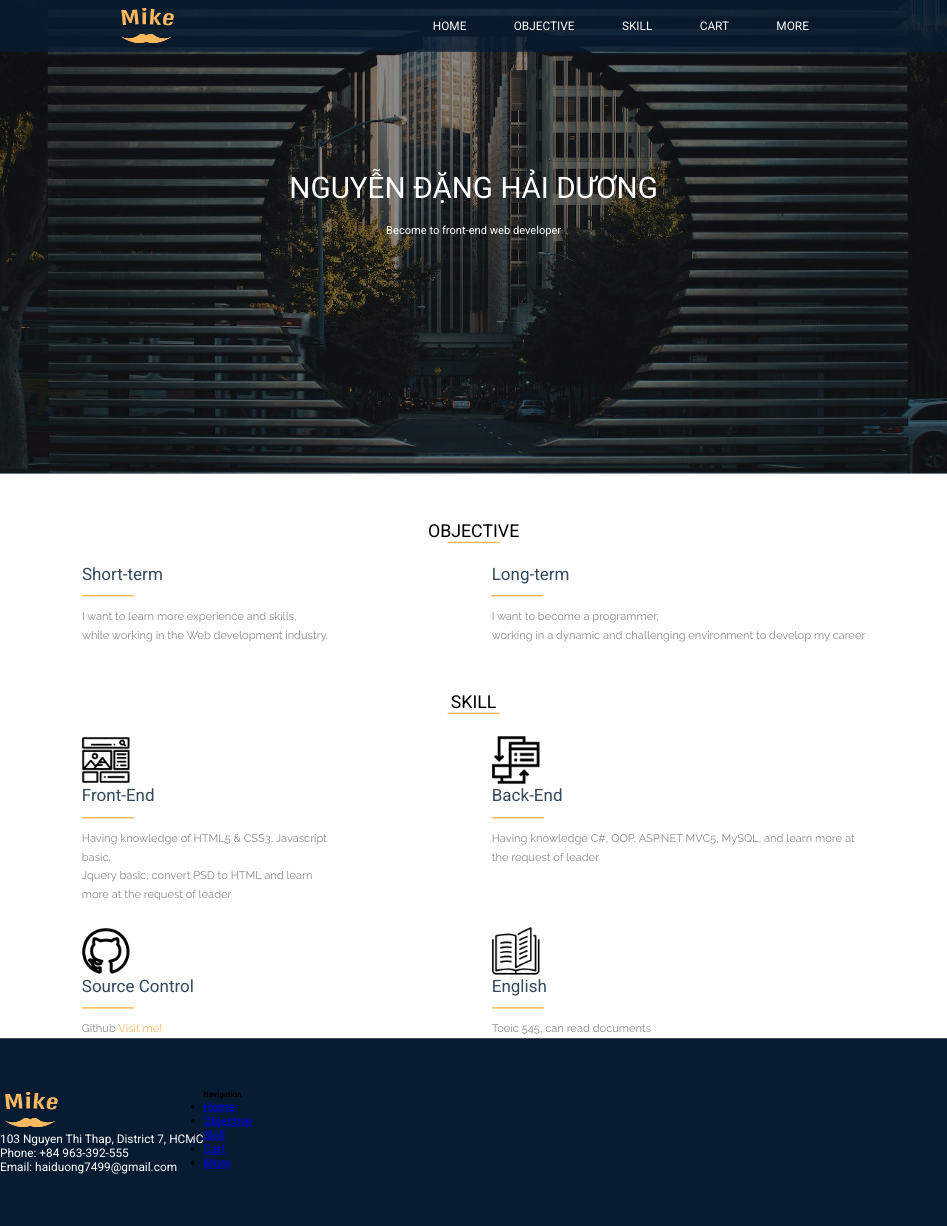
Repository: haiduong7499/Personal-Profile
Page: index.html
The author's editor kept a copy of each file at every save. The page is drawn from the files as they stood at one save, then again after the next save.
The browser window is 1280 px wide. The pictures show the whole page, at 74% of full size.

Above is the page before, as saved 2021-03-02 12:59:28.

### index.html
<!DOCTYPE html>
<html lang="en">
<head>
    <meta charset="UTF-8">
    <meta http-equiv="X-UA-Compatible" content="IE=edge">
    <meta name="viewport" content="width=device-width, initial-scale=1.0">
    <link rel="stylesheet" href="style/style.css">
    <link rel="stylesheet" href="style/base.css">
    <link rel="preconnect" href="https://fonts.gstatic.com">
    <link rel="preconnect" href="https://fonts.gstatic.com">
    <link rel="preconnect" href="https://fonts.gstatic.com">
    <link href="https://fonts.googleapis.com/css2?family=Raleway&family=Roboto:wght@400;700&display=swap" rel="stylesheet">
    <title>Project</title>
</head>
<body>
    <div id="header">
        <img class="logo-img" src="./asset/5c0eefeb-053e-4086-8d42-7e5a35580c82_200x200.png" alt="">
            <ul id="navbar">

                <li><a href="#">Home</a></li>
                <li><a href="#">Objective</a></li>
                <li><a href="#">Skill</a></li>
                <li><a href="#">Cart</a></li>
                <li><a href="#">More</a></li>
            </ul>
    </div>

    <div id="parallax">
        <div class="content-container">
            <h2 class="content-heading">Nguyễn Đặng Hải Dương</h2>
            <p class="content-text">Become to front-end web developer</p>
        </div>
    </div>


    <div id="objective">
        <div class='objective-heading'>
            <h2>
                Objective
                <hr>
            </h2>
        </div>

        <div class='objective-content'>
            <div class="term">
                <h4>Short-term
                    <hr>
                </h4>

                <p>
                    I want to learn more experience and skills,<br>
                    while working in the Web development industry.
                </p>
            </div>
            <div class="term">
                <h4>Long-term
                    <hr>
                </h4>

                <p>
                    I want to become a programmer,<br>
                    working in a dynamic and challenging environment to develop my career
                </p>
            </div>
        </div>
    </div>

    <div id="skills">
        <div class="skills-heading">
            <h2>
                Skill
                <hr>
            </h2>
        </div>

        <div class="skill-content">
            <div class="hard-skill">

                <div class="skill-left skill-front-end">

                    <img src="asset/web-design.png">
                    <h4 class="skills-title">Front-End <hr></h4>
                    <p class="skills-description">Having knowledge of HTML5 & CSS3, Javascript basic,<br> Jquery basic, convert PSD to HTML and learn more at the request of leader</p>
                </div>

                <div class="skill-right skill-back-end">
                    <img src="asset/backend.png">
                    <h4 class="skills-title">Back-End <hr></h4>
                    <p class="skills-description">Having knowledge C#, OOP, ASP.NET MVC5, MySQL, and learn more at the request of leader</p>
                </div>
            </div>

            <div class="soft-skill">

                <div class="skill-left skills-source-control">
                    <img src="asset/github.png">
                    <h4 class="skills-title">Source Control <hr></h4>
                    <p class="skills-description">Github <a href="https://github.com/haiduong7499">Visit me!</a></p>
                </div>

                <div class="skill-right skills-english">
                    <img src="asset/open-book.png">
                    <h4 class="skills-title">English <hr></h4>
                    <p class="skills-description">Toeic 545, can read documents</p>
                </div>

            </div>
        </div>

    </div>

    <div id="bottom">
        <div class="bottom-container">
            <div class="contact-container">
                <a href="#">
                    <img class="logo-img"src="./asset/5c0eefeb-053e-4086-8d42-7e5a35580c82_200x200.png" alt="">
                </a>
                <div class="contact-address">
                    <p>
                        103 Nguyen Thi Thap, District 7, HCMC
                    </p>
                </div>
                <div class="contact-info">
                    <dl>
                        <dt>Phone:</dt>
                        <dd>+84 963-392-555</dd><br>
                        <dt>Email:</dt>
                        <dd>haiduong7499@gmail.com</dd>
                    </dl>
                </div>
            </div>
            <div>
                <h6>Navigation</h6>
                <ul class="bottom-nav">
                    <li><a href="#">Home</a></li>
                    <li><a href="#">Objective</a></li>
                    <li><a href="#">Skill</a></li>
                    <li><a href="#">Cart</a></li>
                    <li><a href="#">More</a></li>
                </ul>
            </div>
            <div></div>
        </div>
    </div>
<script src="main.js"></script>
</body>
</html>

### style/style.css
*{
    padding: 0;
    margin: 0;
    box-sizing: border-box;
}
html{
    font-family: 'Roboto', sans-serif;
}
/* Header */
#header {
    display:flex;
    justify-content: space-around;
    height:70px;
    background: rgba(7, 28, 51, 0.8);
    position: fixed;
    top: 0;
    left: 0;
    right: 0;
    z-index: 1;
}
#header img {
    margin: 8px 0;
}
.logo-img{
    width: 84px;
    height: 53px;
}


#navbar li {
    list-style: none;
    line-height: 70px;
    display:inline-block;
}

#navbar li a{
    display: inline-block;
    padding: 0 30px;
    line-height: 70px;
    text-decoration: none;
    color: #fff;
    text-transform: uppercase;
}
#navbar li:hover a{
    color: #fcb85d;
}

#parallax{
    position: relative;
    padding-top:50%;
    background: url(../asset/home-parallax.jpg) top / cover no-repeat;
}
#parallax .content-container{
    position: absolute;
    bottom: 50%;
    width: 100%;
    text-align: center;
    color: #fff;
}
#parallax .content-heading{
    margin-bottom: 25px;
    font-weight: 500;
    font-size: 40px;
    text-transform: uppercase;
}

#parallax .content-text{
    font-size: 15px;
}
#skills,
#objective{
    width: 100%;
}

#skills .skills-heading,
#objective .objective-heading{
    padding-top: 5%;
    text-align: center;
}

#skills .skills-heading>h2,
#objective .objective-heading>h2{
    position: relative;
    font-size: 24px;
    font-weight: 500;
    text-transform: uppercase;
}


h2>hr{
    position: absolute;
    left: 50%;
    transform: translateX(-50%);
    width:70px;
    height: 2px;
    border: none;
    background-color: #fcb85d
}

#objective .objective-content{
    display: flex;
    justify-content: space-around;
    padding-top: 2.5%;
}

h4>hr{
    width: 70px;
    margin: 15px 0;
    height: 2px;
    border: none;
    background-color: #fcb85d
}
.skills-title,
#objective .term>h4{
    text-align: left;
    color: #34495e;
    font-size: 23px;
    font-family: inherit;
    font-weight: 500;
    line-height: 1.1;
}

.skills-description,
#objective .term>p{
    text-align: left;
    font-size:15px;
    font-weight: 400;
    line-height: calc(5/3);
    color: #888a8c;
    font-family: 'Raleway', sans-serif;
}
.soft-skill,
.hard-skill{
    display: flex;
    justify-content: space-around;
    padding-top: 2.5%;
}

.skill-left{
    width: 333px;
}

.skill-right{
    width:505px;
}

.skills-source-control .skills-description>a{
    text-decoration: none;
    color: #fcb85d;
}

#bottom{
    background:#071c33;
    bottom:0;
}
.bottom-container{
    padding: 70px 0;
    display:flex;
}
.contact-container,dt,dd{
    display: inline-block;
    color: #fff;
}

### main.js
const paralax = document.querySelector("#parallax");

window.addEventListener("scroll", function() {
    let offset = window.pageYOffset;
    parallax.style.backgroundPositionY = offset*1 + "px"
})

Loaded but not shown: style/base.css (no stored copy; drawn as an empty file)

After the next save:
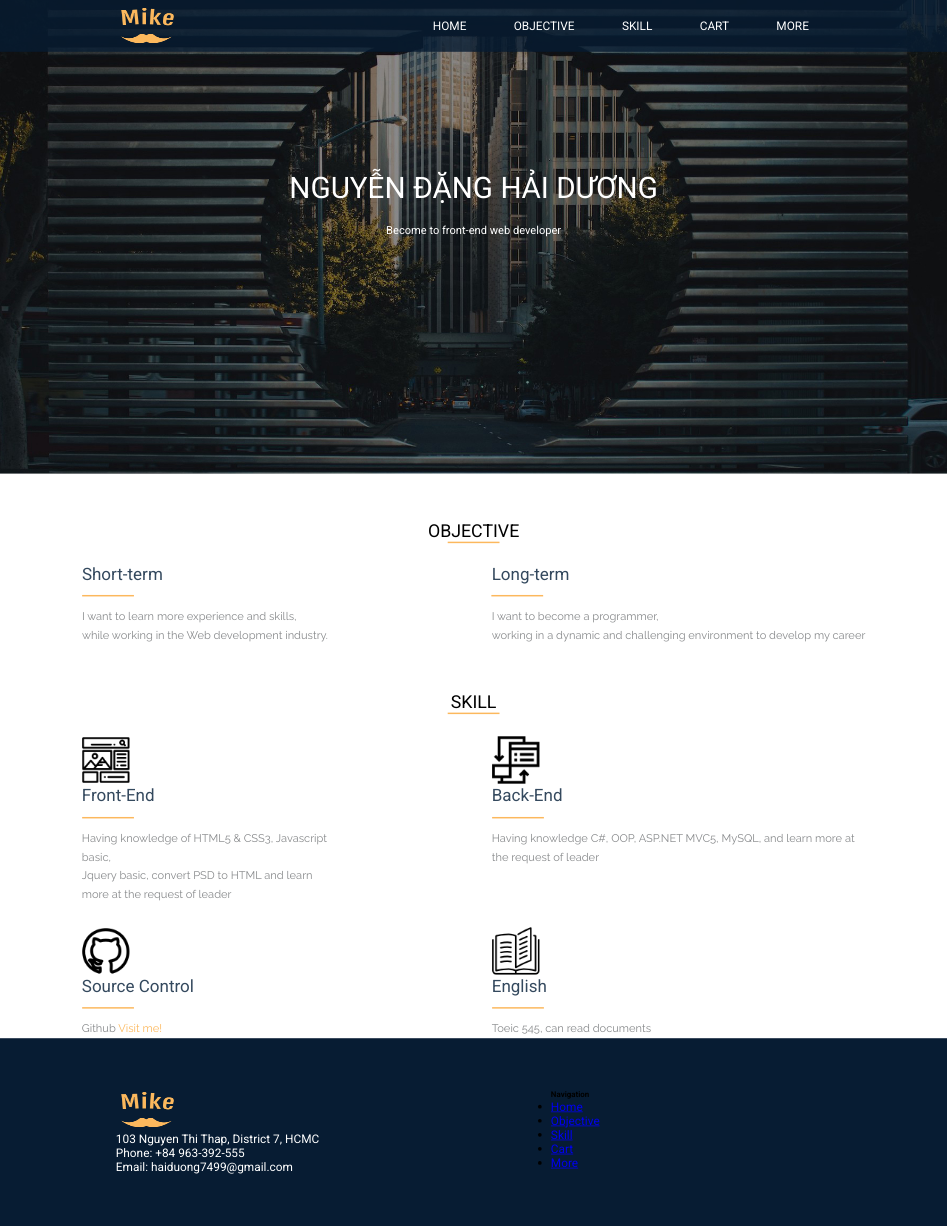
Saved 10 s later.
--- a/style/style.css
+++ b/style/style.css
@@ -156,6 +156,7 @@
 .bottom-container{
     padding: 70px 0;
     display:flex;
+    justify-content:space-around
 }
 .contact-container,dt,dd{
     display: inline-block;
